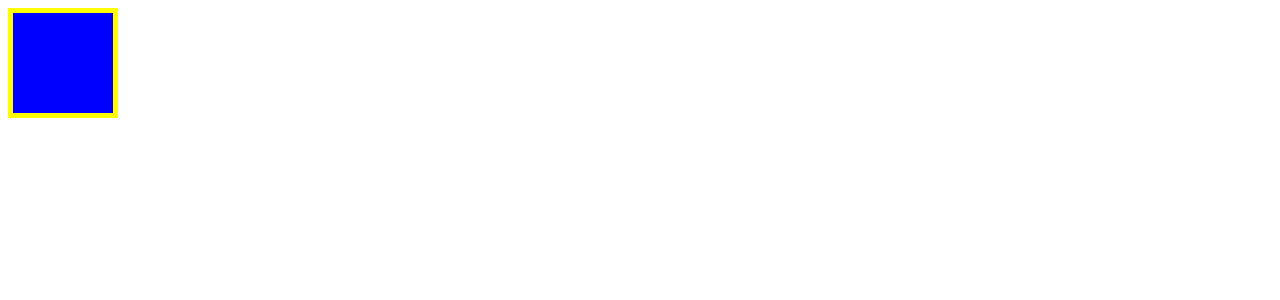
Repository: miho-baba/chapter10.1
Page: box/box.html
The author's editor kept a record of every edit. The page is drawn from the files as they stood at one moment, then again after the next edit.
The browser window is 1280 px wide. The pictures show the whole page.

Above is the page before.

After the next edit:
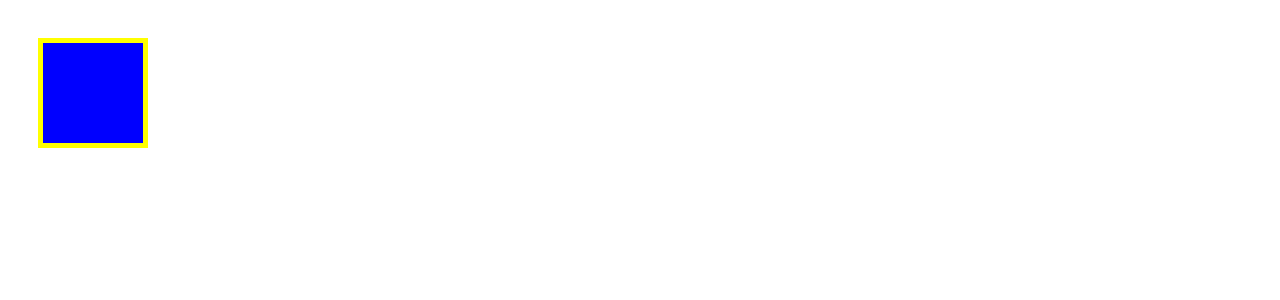
The edit:
--- a/box/box.css
+++ b/box/box.css
@@ -2,7 +2,10 @@
   width: 300px;
   height: 300px;
   background-color: green；
+  margin: 30px;
+  padding: 30px;
 }
+
 
 .box2 {
   width: 100px;
